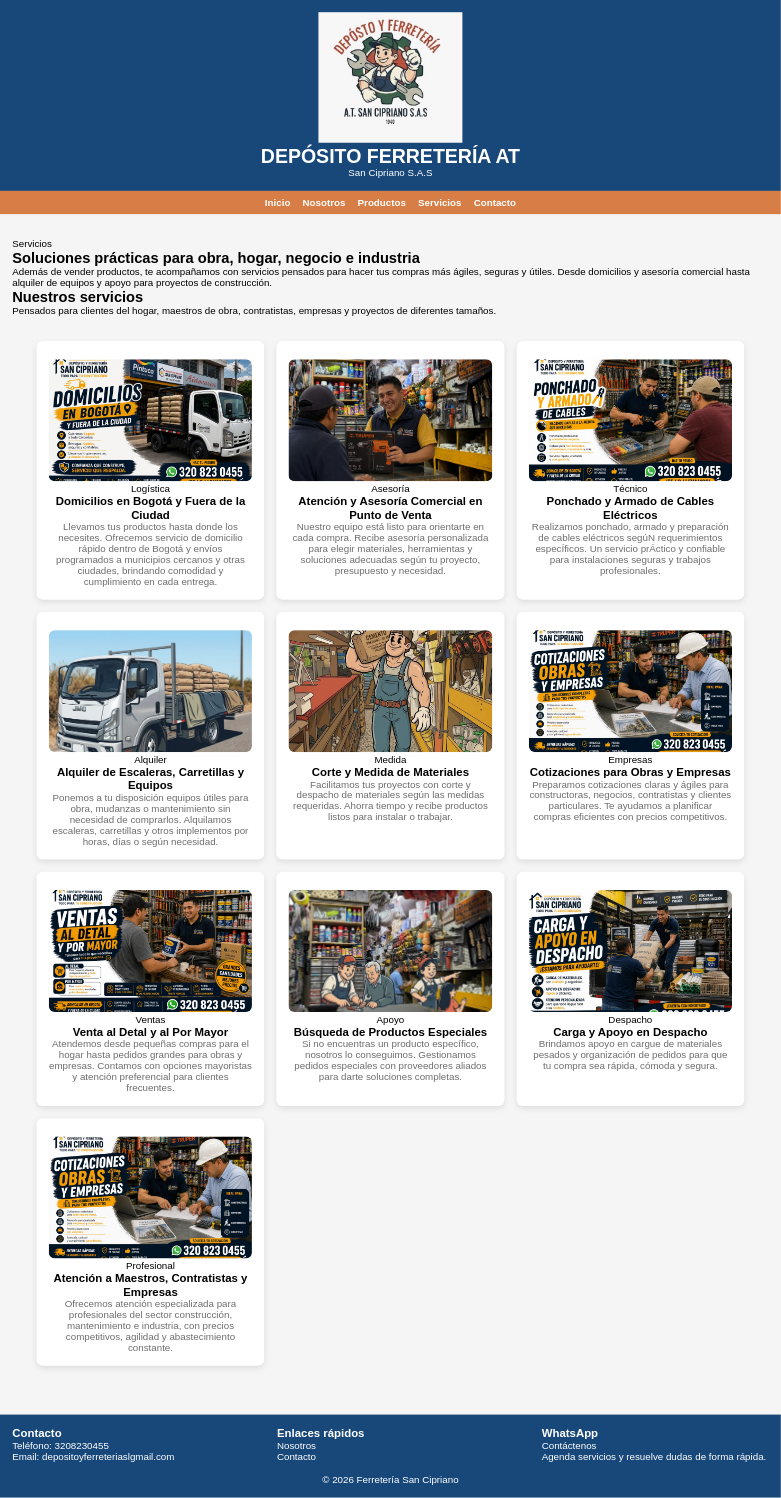
Repository: Sevanjo/ferreteria-web
Page: HTML/servicios.html
These files come from the project's save history. The page is drawn as it stood at one moment and after the next save; the edit follows.
The browser window is 1280 px wide. The pictures show the whole page, at 61% of full size.

Above is the page before, as saved 2026-05-02 09:31:22.

After the next save:
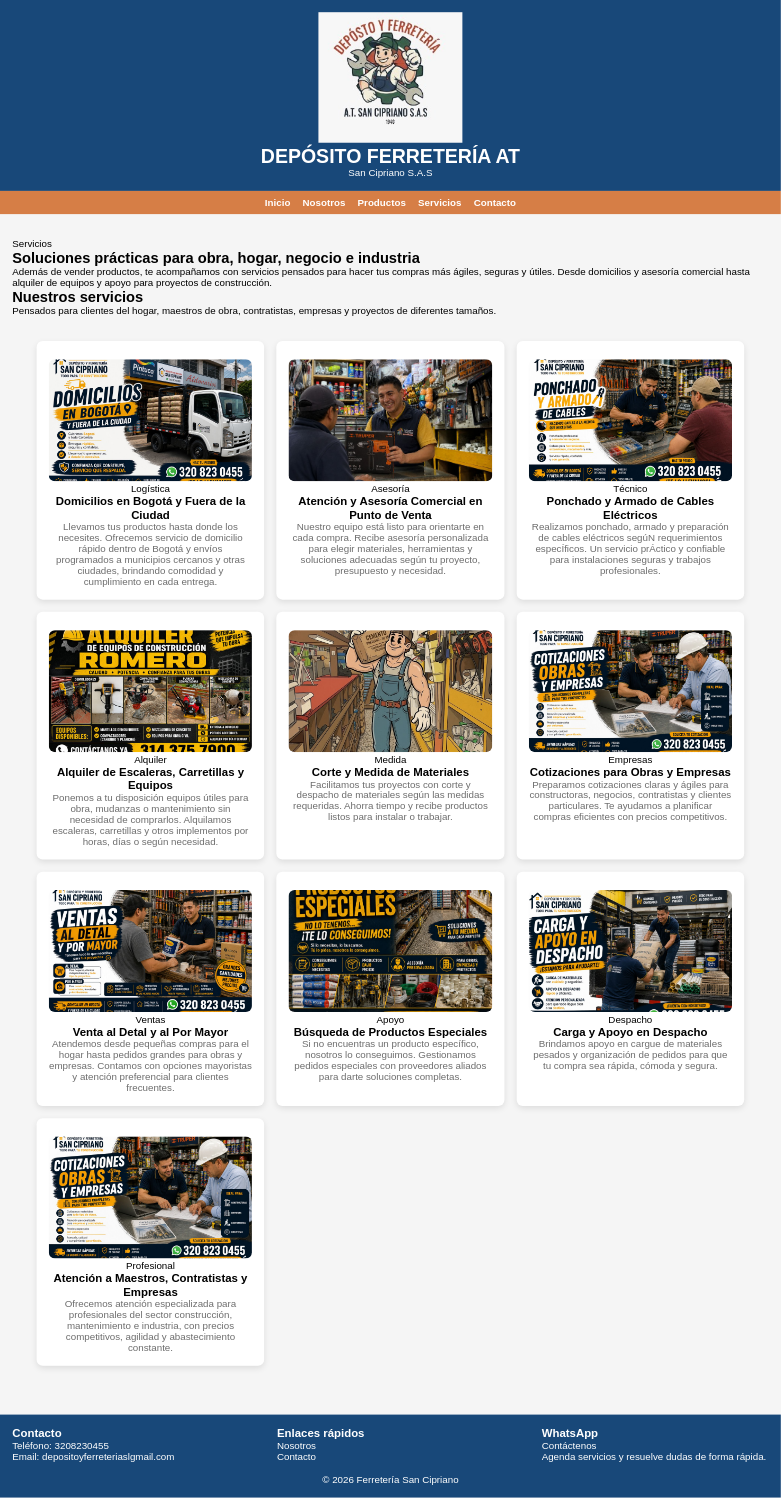
Saved 35 h 51 min later.
--- a/HTML/servicios.html
+++ b/HTML/servicios.html
@@ -79,7 +79,7 @@
                 </article>
 
                 <article class="service-card">
-                    <img src="../IMAGENES/Servicios/alquiler.jpg" alt="Alquiler de escaleras, carretillas y equipos">
+                    <img src="../IMAGENES/Servicios/alquier_equipos.jpeg" alt="Alquiler de escaleras, carretillas y equipos">
                     <div class="service-content">
                         <span class="service-tag">Alquiler</span>
                         <h3>Alquiler de Escaleras, Carretillas y Equipos</h3>
@@ -115,7 +115,7 @@
                 </article>
 
                 <article class="service-card">
-                    <img src="../IMAGENES/Servicios/24f55ce1-4ea2-4954-828c-b56a5e8046bf.jpg" alt="Búsqueda de productos especiales">
+                    <img src="../IMAGENES/Servicios/busqueda_productos.jpeg" alt="Búsqueda de productos especiales">
                     <div class="service-content">
                         <span class="service-tag">Apoyo</span>
                         <h3>Búsqueda de Productos Especiales</h3>
